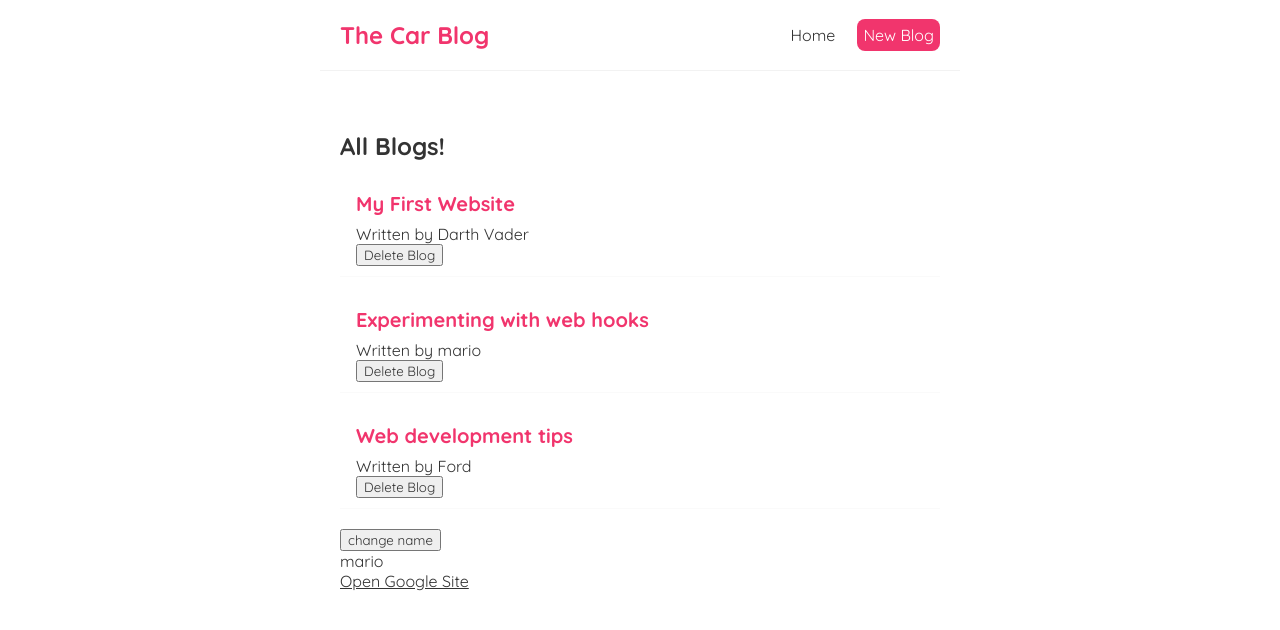
Repository: anuragkej/blogster
Page: /
The author's editor kept a copy of each file at every save. The page is drawn from the files as they stood at one save, then again after the next save.
The browser window is 1280 px wide. The pictures show the whole page.
The project was rebuilt for these pictures with package versions that can differ from the ones it lists, and the page was loaded fresh each time. Requests to the local data server were answered from the project's data file.

Above is the page before, as saved 2024-09-05 14:21:10.

After the next save:
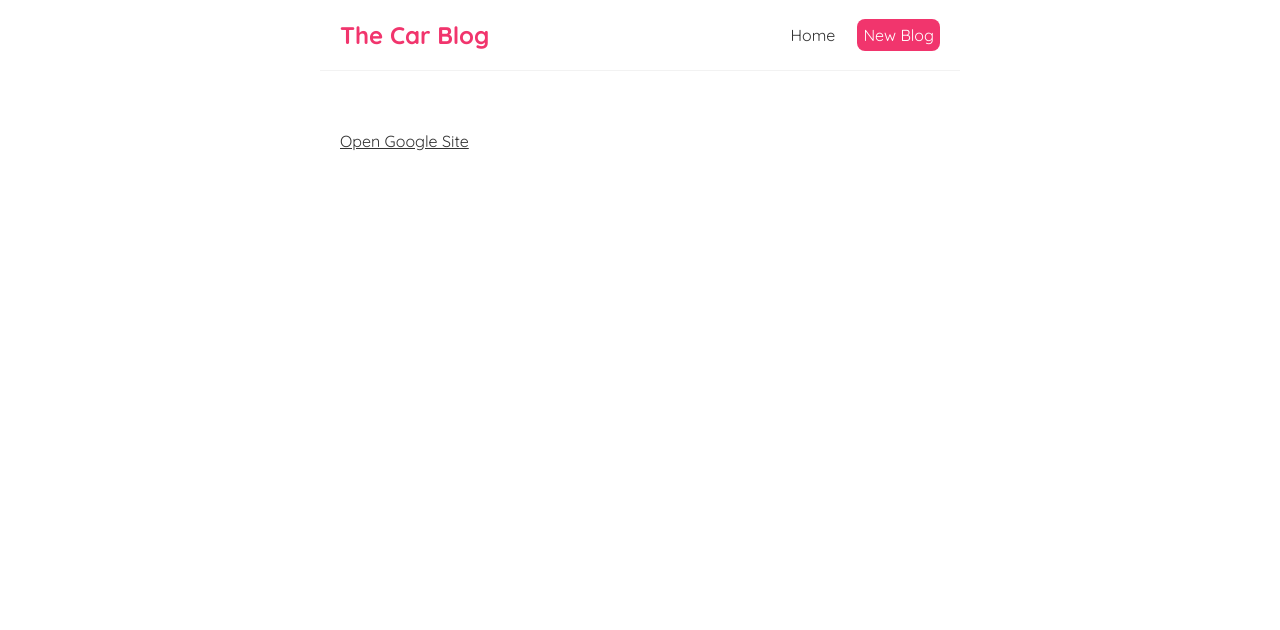
Saved 7 min 49 s later.
--- a/src/Home.js
+++ b/src/Home.js
@@ -2,26 +2,7 @@ import { useState, useEffect } from "react";
 import BlogList from "./BlogList";
 
 const Home = () => {
-  const [blogs, setBlogs] = useState([
-    {
-      title: "My First Website",
-      body: "Developing website with react.",
-      author: "Darth Vader",
-      id: 1,
-    },
-    {
-      title: "Experimenting with web hooks",
-      body: "sample text",
-      author: "mario",
-      id: 2,
-    },
-    {
-      title: "Web development tips",
-      body: "Porsche 911 v. Lamborghini Huracan",
-      author: "Ford",
-      id: 3,
-    },
-  ]);
+  const [blogs, setBlogs] = useState(null);
 
   const [name, setName] = useState("mario");
 
@@ -32,16 +13,21 @@ const Home = () => {
 
   /* fires on every render, so any change of code */
   useEffect(() => {
-    console.log("use effect ran");
-    console.log(name);
-  }, [name]);
+    fetch("http://localhost:8000/blogs")
+      .then((res) => {
+        return res.json();
+      })
+      .then((data) => {
+        console.log(data);
+      });
+  }, []);
 
   return (
     <div className="home">
       {/* blos={blogs} is a prop */}
-      <BlogList blogs={blogs} title="All Blogs!" handleDelete={handleDelete} />
+      {/* <BlogList blogs={blogs} title="All Blogs!" handleDelete={handleDelete} />
       <button onClick={() => setName("luigi")}>change name</button>
-      <p>{name}</p>
+      <p>{name}</p> */}
     </div>
   );
 };
